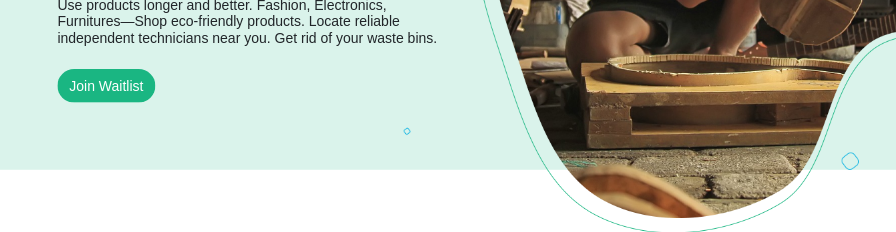
Repository: HelloQinq2023/qinq.github.io
Page: index.html
An editor plug-in stored every save of this project. The page is shown before and after the next save, followed by the edit.
The browser window is 1280 px wide. The pictures show the part of the page from y = 522 to 2442 px (the page is 854 px tall before and 2650 px after), at 70% of full size.
Backgrounds fixed to the window are drawn as part of the page. Some web fonts or font styles are not loaded; a fallback is used.

Above is the page before, as saved 2023-02-23 12:48:10.

After the next save:
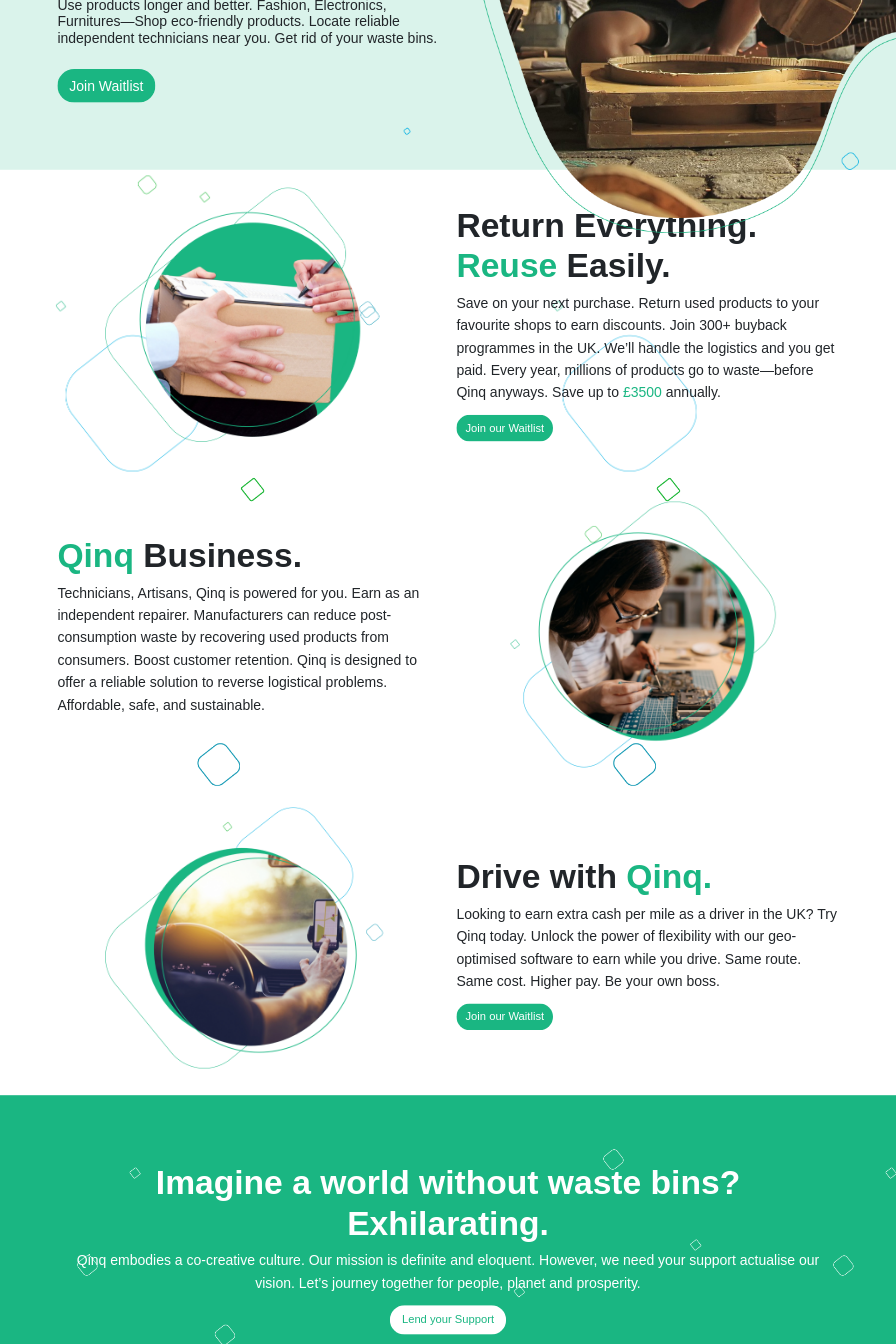
Saved 48 s later.
--- a/index.html
+++ b/index.html
@@ -54,8 +54,45 @@
         </div>
       </section>
 
+
+      <section id="about"  class="pt-5 d-block d-md-none">
+        <div class="container py-5 mt-5" style="background:url('images/about1section.png'); background-size:contain">
+          <div class="row">
+              <div class="col-md-6 d-flex justify-content-center align-items-center">
+                  <img src="images/about1.png" class="w-75 img-fluid img-responsive img">
+              </div>
+              <div class="col-md-6 d-flex justify-content-center align-items-center">
+                  <div>
+                      <h2 class="display-5" style="font-weight:600">About<span class="green"> Qinq</span></h2>
+                      <p>Qinq extends your favourite products’ lifespans with the magic of now.
+                          Originating from “kink” meaning “a sharp curve in something that is otherwise straight”. Similarly, Qinq closes the product use loops—repair and reuse easily. Endless possibilities to earn, save and share.</p>
+                  </div>
+              </div>
+          </div>
+      </div>
+
+
+      <div class="container py-3 mt-2" style="background:url('images/about2section.png'); background-size:contain">
+          <div class="row">
+              <div class="col-md-6 d-flex justify-content-center align-items-center">
+                  <div>
+                      <h2 class="display-5" style="font-weight:600">Don’t Bin It. <span class="green">Qinq</span> it.</h2>
+                      <p>Furnitures, Electronics, Fashion.
+                          Many abandoned products are easily fixable. Qinq ensures they last longer— for both the environment and your wallet.
+                          Repair with your favourite brands and 1000+ verified affordable independent technicians at your fingertips.
+                          <br>
+                          Request a pick up at the incredible speed of now.</p>
+                          <button class="btn greenbg text-white rounded-pill"> Join our Waitlist</button>
+                  </div>
+              </div>
+              <div class="col-md-6 d-flex justify-content-center align-items-center">
+                  <img src="images/about2.png" class="w-75 img-fluid img-responsive img">
+              </div>
+          </div>
+
+      </div>
+    </section>
       <section id="about"  class="pt-5 mt-2 d-block d-md-none  d-none d-md-block">
-        <section id="about"  class="pt-5 d-block d-md-none">
         <div class="container py-5 mt-5" style="background:url('images/about1section.png'); background-size:contain">
             <div class="row">
                 <div class="col-md-6 d-flex justify-content-center align-items-center">
